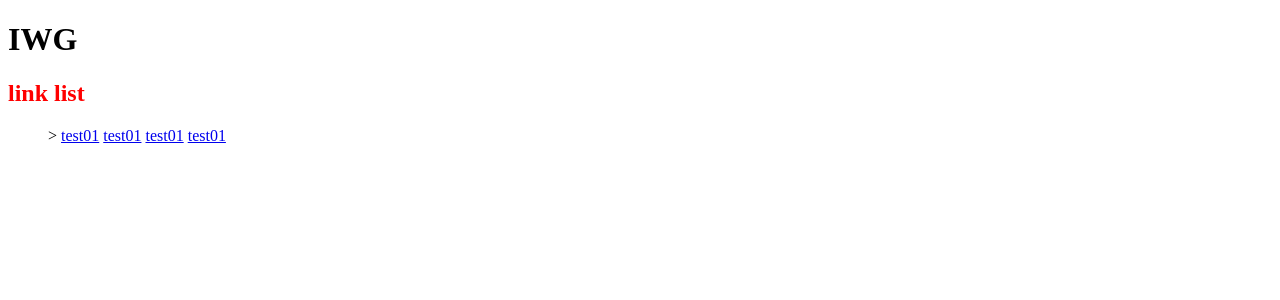
Repository: ssleap/multicampusIoT
Page: workspace190520/edu1/WebContent/index.html
These files come from the project's save history. The page is drawn as it stood at one moment and after the next save; the edit follows.
The browser window is 1280 px wide. The pictures show the whole page.

Above is the page before, as saved 2019-05-20 05:35:32.

### workspace190520/edu1/WebContent/index.html
<!DOCTYPE html>
<html>
<head>
<meta charset="UTF-8">
<title>TITLE</title>
</head>
<body>

	<h1 class = "h">IWG</h1>

	<h2 id = "i" class = "h" title = "link list" style = "color : red">
		link list
	</h2>

	<ol>>
	<a href = "test01.html">test01</a>
	<a href = "file:///C:/workspace190520/edu1/WebContent/test01.html">test01</a>
	<a href = "http://70.12.115.57:9090/edu1/test01.html">test01</a>
	<a href = "./test01.html">test01</a>
	</ol>

</body>
</html>

After the next save:
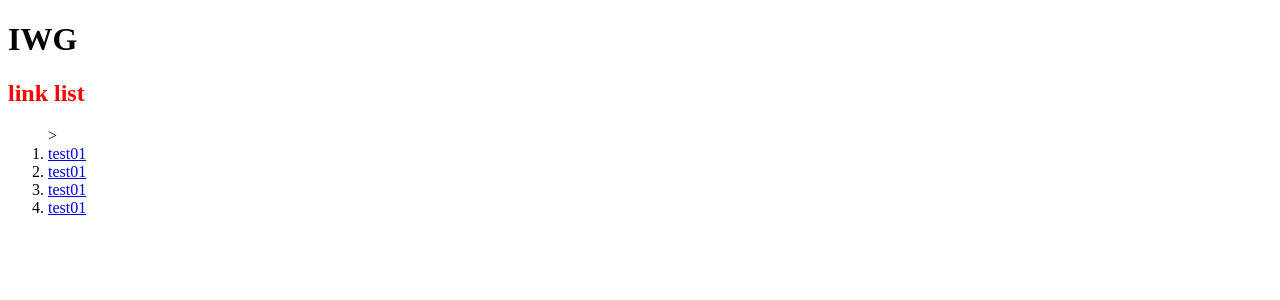
Saved 37 s later.
--- a/workspace190520/edu1/WebContent/index.html
+++ b/workspace190520/edu1/WebContent/index.html
@@ -13,10 +13,10 @@
 	</h2>
 
 	<ol>>
-	<a href = "test01.html">test01</a>
-	<a href = "file:///C:/workspace190520/edu1/WebContent/test01.html">test01</a>
-	<a href = "http://70.12.115.57:9090/edu1/test01.html">test01</a>
-	<a href = "./test01.html">test01</a>
+	<li><a href = "test01.html">test01</a></li>
+	<li><a href = "file:///C:/workspace190520/edu1/WebContent/test01.html">test01</a></li>
+	<li><a href = "http://70.12.115.57:9090/edu1/test01.html">test01</a></li>
+	<li><a href = "./test01.html">test01</a></li>
 	</ol>
 
 </body>
